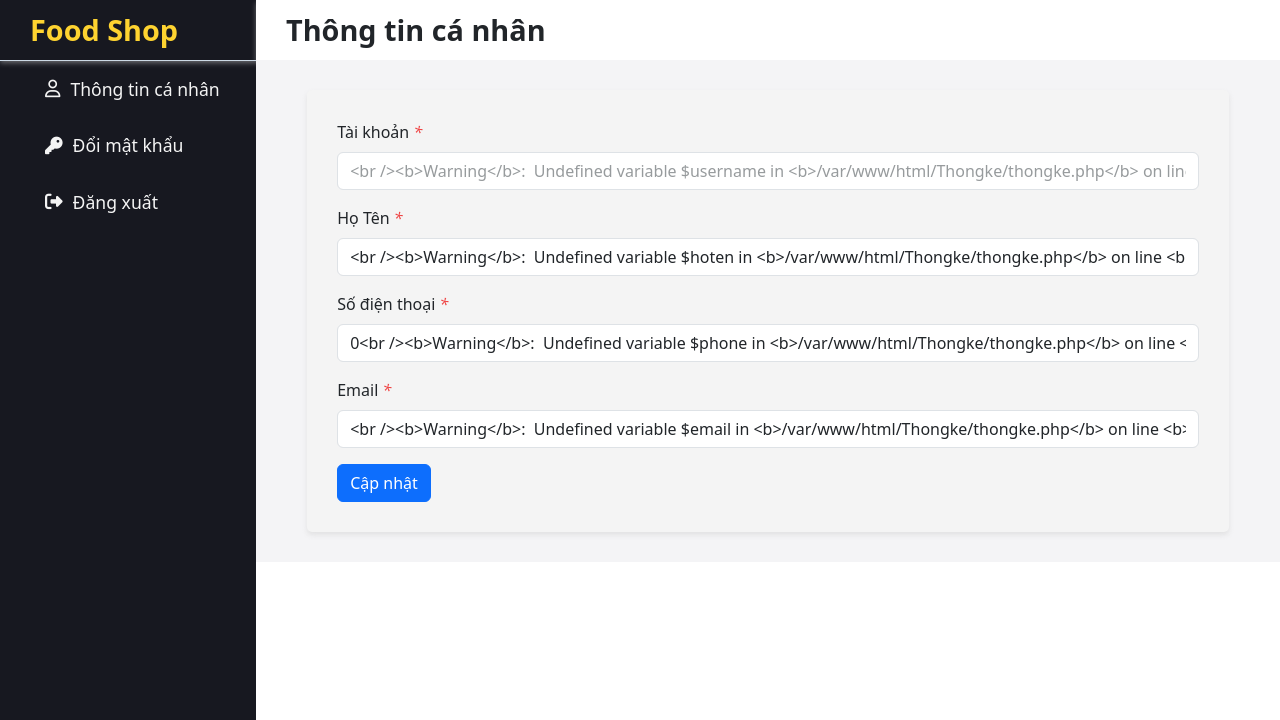
Repository: TuanAnhNguyen723/Restaurant-Projects
Page: http://localhost/Thongke/thongke.php
The author's editor kept a copy of each file at every save. The page is drawn from the files as they stood at one save, then again after the next save.
The browser window is 1280 px wide. The pictures show the whole page.
The page is run by PHP 8.4 with error messages shown; the project is at /var/www/html/.

Above is the page before, as saved 2024-06-18 20:18:12.

### Thongke/thongke.php
<!DOCTYPE html>

<?php
 include 'ConnectDb.php';
 $role = isset($_SESSION['roleAccount']) ? $_SESSION['roleAccount'] : 'guest';
?>

<html lang="en">
  <head>
    <meta charset="UTF-8" />
    <meta name="viewport" content="width=device-width, initial-scale=1.0" />
    <title>Document</title>
    <link rel="stylesheet" href="./thongke.css" />
    <link
      href="https://cdn.jsdelivr.net/npm/bootstrap@5.3.3/dist/css/bootstrap.min.css"
      rel="stylesheet"
      integrity="sha384-QWTKZyjpPEjISv5WaRU9OFeRpok6YctnYmDr5pNlyT2bRjXh0JMhjY6hW+ALEwIH"
      crossorigin="anonymous"
    />
    <link
      rel="stylesheet"
      href="https://cdnjs.cloudflare.com/ajax/libs/font-awesome/6.4.2/css/all.min.css"
    />
  </head>
  <body>
    <nav class="dashboard">
      <div class="header">
        <a href="../View/main.php">Food Shop</a>
      </div>

      <div class="menu">
        <a href="../Dashboard/info.php" class="active ">
          <i class="fa-regular fa-user"></i>
          <span>Thông tin cá nhân</span>
        </a>

        <a style="background-color: #3b82f6" href="../Thongke/thongke.php" class="active admin-only">
        <i class="fa-regular fa-user"></i>
        <span>Thống kê</span>
      </a>

      <a href="../discount/discount.php" class="active admin-only">
          <i class="fa-regular fa-user"></i>
          <span>Quản lý mã giảm giá</span>
        </a>

      <a  href="../quanlysanpham/quanly.php" class="active admin-only">
        <i class="fa-regular fa-user"></i>
        <span>Quản lý sản phẩm</span>
      </a>

      <a href="../quanlytaikhoan/qltk.php" class="active admin-only">
        <i class="fa-regular fa-user"></i>
        <span>Quản lý tài khoản</span>
      </a>

        <a href="../ChangePass/changepass.php" class="active">
          <i class="fa-solid fa-key"></i>
          <span>Đổi mật khẩu</span>
        </a>
        <a href="../index.html" class="active">
          <i class="fa-solid fa-right-from-bracket"></i>
          <span>Đăng xuất</span>
        </a>
      </div>
    </nav>

    <main class="main-dashboard">
      <div class="dashboard-title">Thông tin cá nhân</div>
      <main class="page">
        <div class="box-dashboard">
          <form method="post">
            <div class="mb-3">
              <label for="exampleInputTaiKhoan" class="form-label">
                Tài khoản
                <i class="text-red">*</i>
              </label>
              <input
                type="text"
                name ="username"
                class="form-control no-pointer-events"
                id="exampleInputTaiKhoan"
                value="<?php echo ($username); ?>"
              />
            </div>
            <div class="mb-3">
              <label for="exampleInputHoTen1" class="form-label"
                >Họ Tên
                <i class="text-red">*</i>
              </label>
              <input
                type="text"
                name="hoten"
                class="form-control"
                id="exampleInputHoTen1"
                value="<?php echo ($hoten); ?>"
              />
            </div>

            <div class="mb-3">
              <label for="exampleInputHoTen1" class="form-label"
                >Số điện thoại
                <i class="text-red">*</i>
              </label>
              <input
                type="text"
                name="phone"
                class="form-control"
                id="exampleInputHoTen1"
                value="0<?php echo ($phone); ?>"
              />
            </div>

            <div class="mb-3">
              <label for="exampleInputEmail1" class="form-label">
                Email
                <i class="text-red">*</i>
              </label>
              <input
                type="email"
                name="email"
                class="form-control"
                id="exampleInputEmail1"
                aria-describedby="emailHelp"
                value="<?php echo ($email); ?>"
              />
            </div>

            <button type="submit" class="btn btn-primary">Cập nhật</button>
          </form>
        </div>
      </main>
    </main>
  </body>
  <script>
    // PHP injects the role of the current user
    const userRole = '<?php echo $role; ?>';

    // JavaScript to show/hide elements based on role
    document.addEventListener('DOMContentLoaded', () => {

  if (userRole !== 'admin') {
    console.log(111)
    document.querySelectorAll('.admin-only').forEach(el => el.style.display = 'none');
  }

  if (userRole !== 'user') {
    console.log(111)
    document.querySelectorAll('.user-only').forEach(el => el.style.display = 'none');
  }
});
  </script>
</html>

### Thongke/ConnectDb.php
<?php
session_start();
include '../config.php';


// Kiểm tra xem form có được submit hay không
if ($_SERVER["REQUEST_METHOD"] == "POST") {
    $username = $_POST['username'];
    $email = $_POST['email'];
    $phone = $_POST['phone'];
    $hoten = $_POST['hoten'];

    // Cập nhật dữ liệu vào cơ sở dữ liệu
    $sql = "UPDATE account SET Email='$email', Phone='$phone', HoTen='$hoten' WHERE Username='$username'";

    if ($conn->query($sql) === TRUE) {
      echo "<script>alert('Registered successfully'); </script>";
    } else {
      echo "<script>alert('Registered Failed');  </script>" . $conn->error;
    }
  }


//
    if(isset($_SESSION['user_id'])) {
        // Lấy ID người dùng từ session
        $user_id = $_SESSION['user_id'];

    $sql = "SELECT Username, Email, Phone, HoTen FROM account WHERE ID='$user_id'";
    $result = $conn->query($sql);

    if ($result->num_rows > 0) {
        $row = $result->fetch_assoc();
        $username = $row['Username'];
        $email = $row['Email'];
        $phone = $row['Phone'];
        $hoten = $row['HoTen'];
    } else {
        $username = $email = $phone = $hoten = '';
        echo "No results found.";
    }
    }
  $conn->close();
?>

### config.php
<?php
define('DB_SERVER', 'localhost');
define('DB_USERNAME', 'root');
define('DB_PASSWORD', '');
define('DB_NAME', 'webfooddb');

$conn = mysqli_connect(DB_SERVER, DB_USERNAME, DB_PASSWORD, DB_NAME);



if($conn === false){
    die("ERROR: Could not connect. " . mysqli_connect_error());
}
?>

### Thongke/thongke.css
@import url("https://fonts.googleapis.com/css2?family=Poppins:wght@100;200;300;400;500;600;700;800;900&family=Roboto:ital,wght@0,400;0,700;1,500&family=Rubik:wght@300;400;500;600&display=swap");
:root {
  --primary-color: #fed330;
  --secondary-color: #ff2525;
  --white-color: #ffffff; /* Sửa tên biến thành white-color */
  --light-color: #f4f4f4;
  --grey-color: #979b9d;
  --dark-color: #171820;

  --trans-back-co: background-color 0.3s, color 0.3s;
  --trans-co: color 0.3s;
}
.no-pointer-events {
  pointer-events: none !important;
  color: #979b9d !important;
  cursor: not-allowed !important;

}

html {
  scroll-behavior: smooth;
}

* {
  margin: 0;
  padding: 0;
  text-decoration: none;
}

*,
::before,
::after {
  box-sizing: border-box;
}

body {
  font-family: "Rubik", sans-serif;
  font-size: 16px;
  font-weight: 400;
  line-height: 1.8;
  color: var(--dark-color);
  background-color: var(--white-color);
}

body {
  display: flex;
}

.dashboard {
  width: 20%;
  background-color: var(--dark-color);
  height: 100vh;
}
.main-dashboard {
  width: 80%;
}

.header {
  width: 100%;
  border-bottom: 1px solid #cde1f5;
}

.header a {
  color: var(--primary-color);
  text-decoration: none;
  width: 100%;
  padding: 0 30px;
  display: flex;
  align-items: center;
  height: 60px;
  font-size: 1.8em;
  font-weight: 600;
  box-shadow: 0px 3px 5px 0px rgba(204, 204, 204, 0.4509803922);
}

.menu {
  display: flex;
  flex-direction: column;
  margin-left: 30px;
  width: 80%;
}

.menu a {
  text-decoration: none;
  border-radius: 10px;
  transition: all 0.2s;
  display: flex;
  align-items: center;
  padding: 10px;
  color: #f4f4f4;
  font-size: 1.1em;
  gap: 10px;
  margin: 5px;
}

.menu a:hover {
  transform: translateX(10px);
  transform: translateY(-5px);
  background-color: #3b82f6;
  box-shadow: -4px 4px 0px 0px rgba(4, 142, 255, 0.2);
}

.page {
  background-color: #f4f4f6;
  padding: 30px 5%;
}

.box-dashboard {
  box-sizing: border-box;
  padding: 30px;
  background-color: #f4f4f4;
  box-shadow: 0px 3px 5px 0px rgba(204, 204, 204, 0.4509803922);
  border-radius: 5px;
}

.dashboard-title {
  width: 100%;
  padding: 0 30px;

  display: flex;
  align-items: center;
  height: 60px;
  font-size: 1.8em;
  font-weight: 600;
  box-shadow: 0px 3px 5px 0px rgba(204, 204, 204, 0.4509803922);
  background-color: #fff;
}

.text-red {
  color: #ef4444;
}

After the next save:
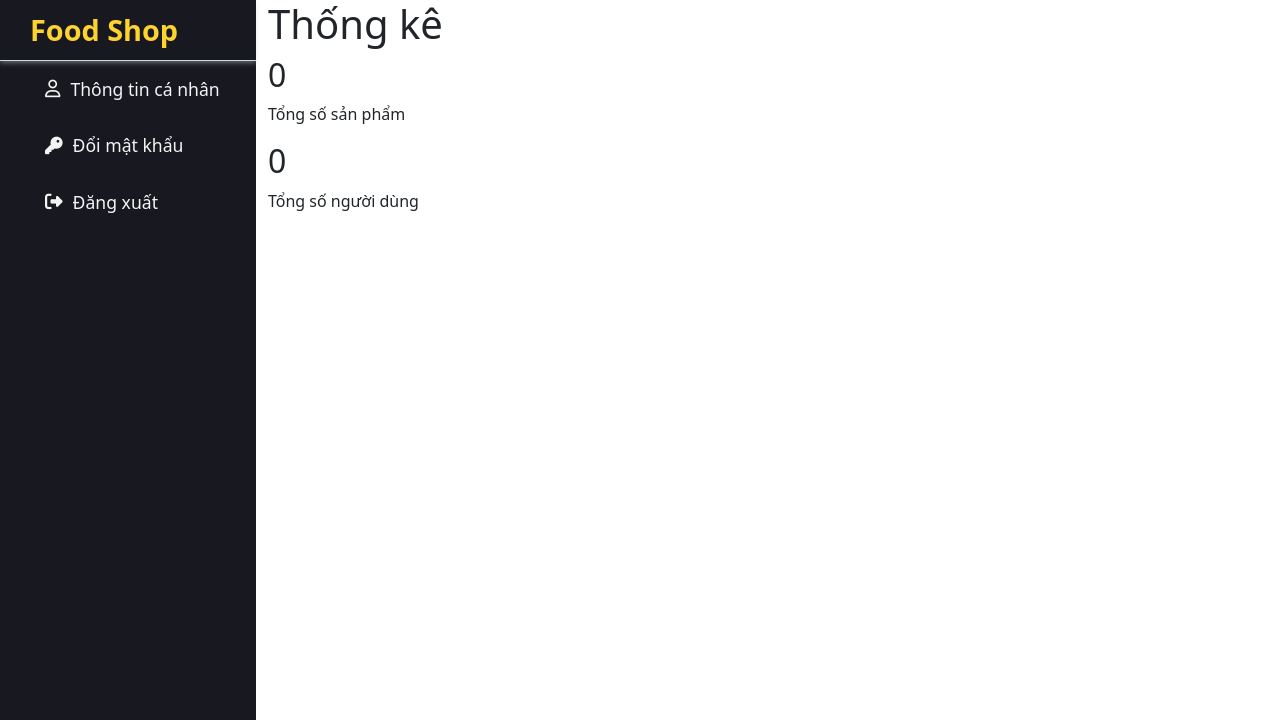
Saved 12 min 27 s later.
--- a/Thongke/thongke.php
+++ b/Thongke/thongke.php
@@ -66,70 +66,20 @@
     </nav>
 
     <main class="main-dashboard">
-      <div class="dashboard-title">Thông tin cá nhân</div>
-      <main class="page">
-        <div class="box-dashboard">
-          <form method="post">
-            <div class="mb-3">
-              <label for="exampleInputTaiKhoan" class="form-label">
-                Tài khoản
-                <i class="text-red">*</i>
-              </label>
-              <input
-                type="text"
-                name ="username"
-                class="form-control no-pointer-events"
-                id="exampleInputTaiKhoan"
-                value="<?php echo ($username); ?>"
-              />
-            </div>
-            <div class="mb-3">
-              <label for="exampleInputHoTen1" class="form-label"
-                >Họ Tên
-                <i class="text-red">*</i>
-              </label>
-              <input
-                type="text"
-                name="hoten"
-                class="form-control"
-                id="exampleInputHoTen1"
-                value="<?php echo ($hoten); ?>"
-              />
-            </div>
+    <div class="container">
+    <h1 class="title">Thống kê</h1>
+    <div class="stats">
+      <div class="stat">
+        <h2 id="totalProducts" class="stat-number">0</h2>
+        <p class="stat-label">Tổng số sản phẩm</p>
+      </div>
+      <div class="stat">
+        <h2 id="totalUsers" class="stat-number">0</h2>
+        <p class="stat-label">Tổng số người dùng</p>
+      </div>
+    </div>
+  </div>
 
-            <div class="mb-3">
-              <label for="exampleInputHoTen1" class="form-label"
-                >Số điện thoại
-                <i class="text-red">*</i>
-              </label>
-              <input
-                type="text"
-                name="phone"
-                class="form-control"
-                id="exampleInputHoTen1"
-                value="0<?php echo ($phone); ?>"
-              />
-            </div>
-
-            <div class="mb-3">
-              <label for="exampleInputEmail1" class="form-label">
-                Email
-                <i class="text-red">*</i>
-              </label>
-              <input
-                type="email"
-                name="email"
-                class="form-control"
-                id="exampleInputEmail1"
-                aria-describedby="emailHelp"
-                value="<?php echo ($email); ?>"
-              />
-            </div>
-
-            <button type="submit" class="btn btn-primary">Cập nhật</button>
-          </form>
-        </div>
-      </main>
     </main>
   </body>
   <script>
